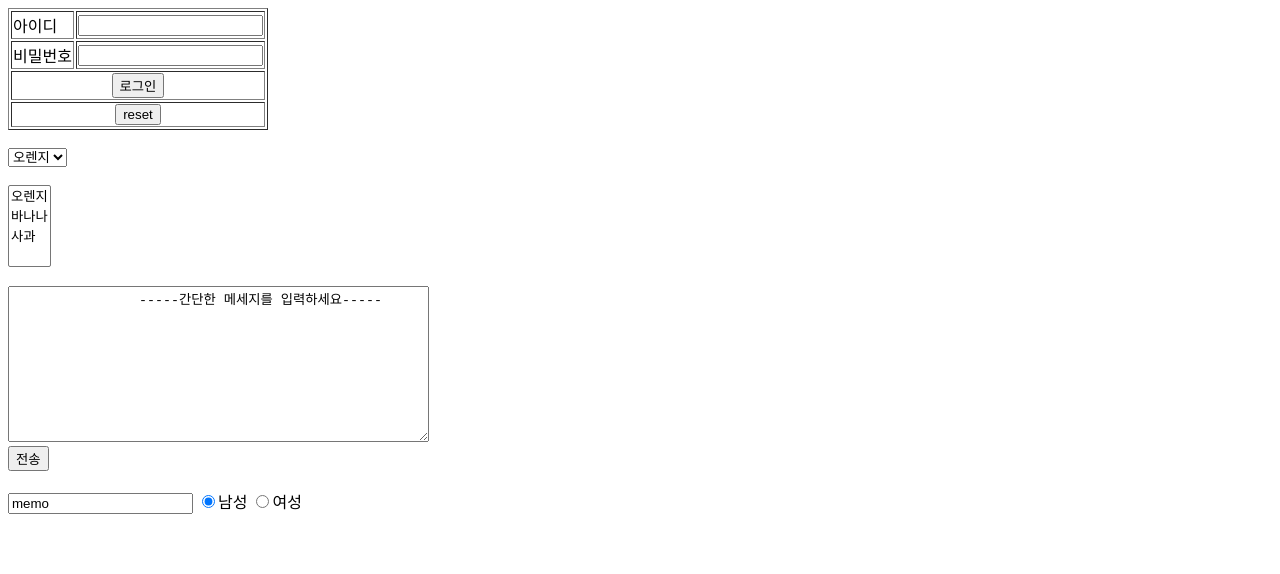
Repository: salee1023/JSP_Practice
Page: HTML_CSS_JS_practice01/src/main/webapp/form_tag.htm
The author's editor kept a copy of each file at every save. The page is drawn from the files as they stood at one save, then again after the next save.
The browser window is 1280 px wide. The pictures show the whole page.

Above is the page before, as saved 2021-08-16 11:41:55.

### HTML_CSS_JS_practice01/src/main/webapp/form_tag.htm
<!DOCTYPE html>
<html>
<head>
<meta charset="UTF-8">
<title>폼태그 연습</title>
</head>
<body>
	<!--
		폼을 구성하는 태그들
		  : 폼은 데이터를 전송할 때 사용하는 태그,
		  회원가입을 할 때 이름, 전화번호, 주소...

		<form> 자신의 태그내에 있는 데이터를 지정한 웹 주소로 전송해준다.
		데이터 전송방식
		  GET방식 : 데이터용량이 작은 256~4096바이트
		  POST방식 : 대용량의 데이터를 보낼 때 유용하다.

		  <form> 속성 :
		    method : 데이터 전송방식을 지정
		    name : 폼의 이름을 지정. 자바스크립트에서 폼내의 데이터를 구분할 때 사용한다.
		    action : 폼내의 데이터를 이동시킬 위치를 지정한다.
		    enctype : 대용량 파일의 데이터 속성을 지정한다.

		  구성태그들
		  ---------------
		  <input>
		    type :
		      text : 한 줄 입력받을 때 사용하는 형식
		      password : 비밀번호 형태로 입력받을 때 사용하는 형식
		      radio : 상호배타적 선택
		      checkbox : 다중 선택
		      button : 자바스크립트와 연계해서 사용
		      submit : 폼의 내용을 action에서 지정한 주소로 보낼 때 사용하는 형식
		      reset : 폼의 내용을 초깃값으로 재설정할 때 사용하는 형식
		      hidden : 숨김필드로 화면에 보이지 않게 할 때 사용하는 형식
		      file : 파일을 첨부할 때 사용하는 형식.

		  <select>
		  목록상자나 콤보 박스로 폼을 구성할 때 사용하는 태그
		    속성 :
		      name : 필드의 이름을 지정
		      size : 목록상자에 보여지는 항목의 수를 지정한다.
		      multiple : 필드에서 여러개의 항목을 선택할 수 있도록 지정한다.

		  <option>
		  select 태그가 만드는 필드의 항목을 만드는 태그
		    속성 :
		      value : 항목을 선택했을 때 전송할 값을 지정한다.
		      selected : 기본적으로 선택되는 항목을 지정한다.

		  <textarea>
		  여러줄에 입력하는 데이터를 사용하고자 할 때 사용하는 태그
		    속성 :
		      name : 필드의 이름을 지정
		      cols : 대문자 A를 기준으로 너비를 설정
		      rows : 대문자 A를 기준으로 높이를 설정
		      readonly : 필드를 읽기 전용으로 지정
	-->
	<form action="http://www.naver.com/index.html">
		<table border = 1>
			<tr>
				<td>아이디</td>
				<td>
					<input type="text" name="id">
				</td>
			</tr>
			<tr>
				<td>비밀번호</td>
				<td>
					<input type="password" name="pw">
				</td>
			</tr>
			<tr>
				<td colspan=2>
					<div align="center"><input type="submit" value="로그인"></div>
				</td>
			</tr>
			<tr>
				<td colspan=2>
					<div align="center"><input type="reset" value="reset"></div>
				</td>
			</tr>
		</table>
		<br>
		<select name="과일">
			<option value="orange">오렌지</option>
			<option value="banana">바나나</option>
			<option value="apple">사과</option>
		</select>
		<br><br>
		<select name="choice" multiple>
			<option value="orange">오렌지</option>
			<option value="banana">바나나</option>
			<option value="apple">사과</option>
		</select>
		<br><br>
		<textarea name="memo" cols="50" rows="10">
		-----간단한 메세지를 입력하세요-----
		</textarea>
		<br>
		<input type="submit" value="전송">
		<br><br>
		<input type="text" name="memo" maxlength="6" value="memo">
		<input type="radio" name="sex" value="man" checked>남성
		<input type="radio" name="sex" value="woman">여성


	</form>
</body>
</html>

After the next save:
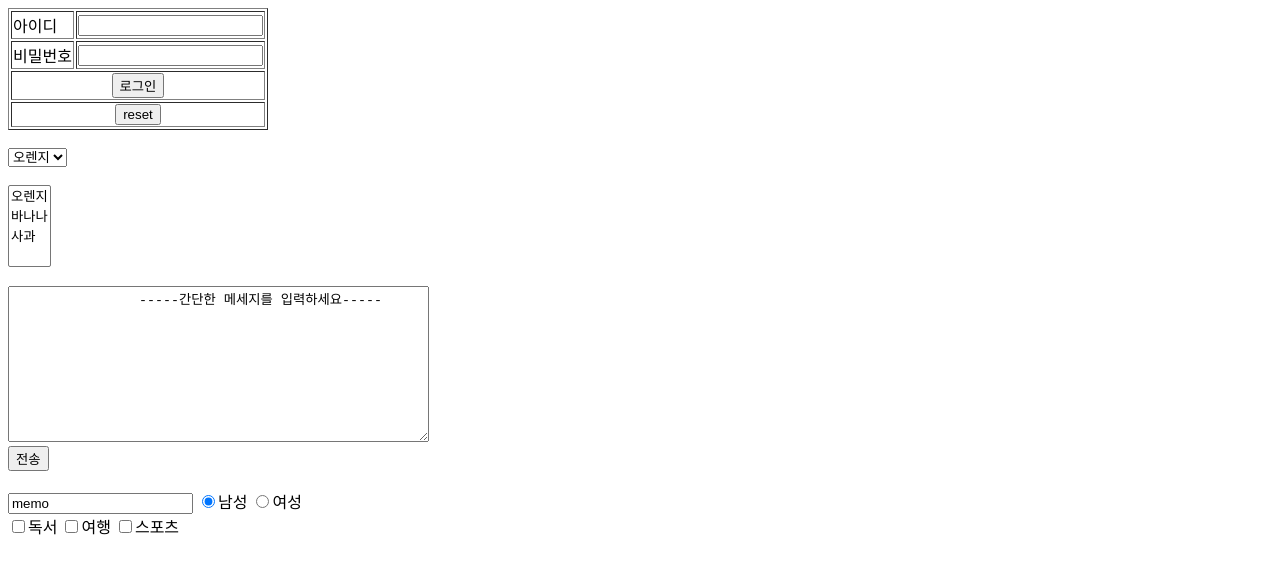
Saved 71 s later.
--- a/HTML_CSS_JS_practice01/src/main/webapp/form_tag.htm
+++ b/HTML_CSS_JS_practice01/src/main/webapp/form_tag.htm
@@ -103,7 +103,10 @@
 		<input type="text" name="memo" maxlength="6" value="memo">
 		<input type="radio" name="sex" value="man" checked>남성
 		<input type="radio" name="sex" value="woman">여성
-
+		<br>
+		<input type="checkbox" name="ch" value="1">독서
+		<input type="checkbox" name="ch" value="2">여행
+		<input type="checkbox" name="ch" value="3">스포츠
 
 	</form>
 </body>
